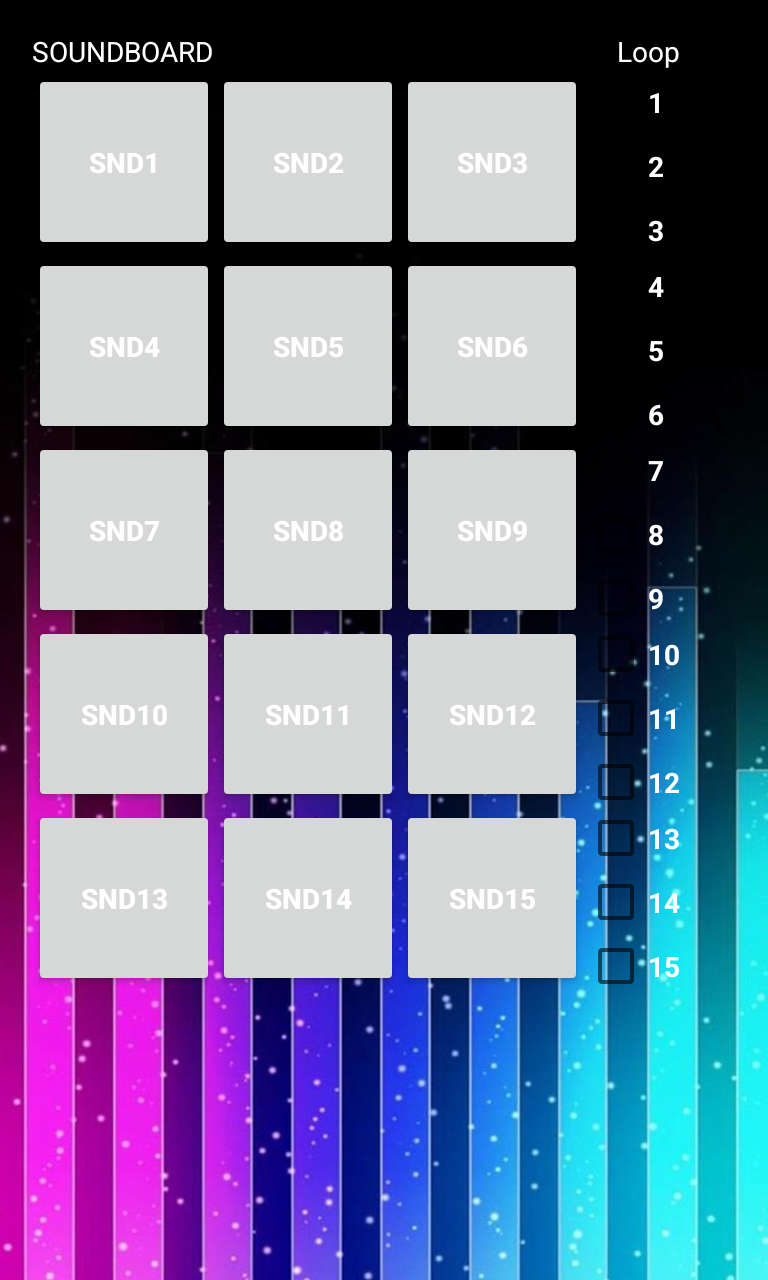
Repository: SoundBoardJAMJ/Project
Layout: workspace/SoundBoard/res/layout/defboard.xml
An editor plug-in stored every save of this project. The layout is shown before and after the next save, followed by the edit.
It is drawn on a 768 x 1280 px phone screen (xhdpi) without system bars, with theme AppTheme; the app's code is not run.

Above is the layout before, as saved 2014-05-02 07:15:53.

### workspace/SoundBoard/res/layout/defboard.xml
<ScrollView xmlns:android="http://schemas.android.com/apk/res/android"
xmlns:tools="http://schemas.android.com/tools"
android:layout_width="match_parent"
android:background="@drawable/image1"
android:layout_height="match_parent" >

<RelativeLayout
    android:layout_width="match_parent"
    android:layout_height="600dp"
    android:paddingBottom="@dimen/activity_vertical_margin"
    android:paddingLeft="@dimen/activity_horizontal_margin"
    android:paddingRight="@dimen/activity_horizontal_margin"
    android:paddingTop="@dimen/activity_vertical_margin"
    tools:context="com.example.soundtest.DefBoard$PlaceholderFragment" >

    <TextView
        android:id="@+id/textView1"
        android:layout_width="wrap_content"
        android:layout_height="wrap_content"
        android:textColor="@android:color/white"
        android:alpha="1.0"
        android:text="SOUNDBOARD" />

    <Button
        android:id="@+id/button1"
        android:layout_width="92dp"
        android:layout_height="92dp"
        android:layout_alignLeft="@+id/textView1"
        android:layout_below="@+id/textView1"
        android:onClick="ButtonOnClick"
        android:textColor="@android:color/white"
        android:alpha="1.0"
        android:textStyle="bold"
        android:text="snd1" />

    <Button
        android:id="@+id/button3"
        android:layout_width="92dp"
        android:layout_height="92dp"
        android:layout_alignBaseline="@+id/button2"
        android:layout_alignBottom="@+id/button2"
        android:layout_toRightOf="@+id/button2"
        android:onClick="ButtonOnClick"
        android:textColor="@android:color/white"
        android:alpha="1.0"
        android:textStyle="bold"
        android:text="snd3" />

    <Button
        android:id="@+id/button2"
        android:layout_width="92dp"
        android:layout_height="92dp"
        android:layout_alignBaseline="@+id/button1"
        android:layout_alignBottom="@+id/button1"
        android:layout_toRightOf="@+id/button1"
        android:onClick="ButtonOnClick"
        android:textColor="@android:color/white"
        android:alpha="1.0"
        android:textStyle="bold"
        android:text="snd2" />

    <Button
        android:id="@+id/button8"
        android:layout_width="92dp"
        android:layout_height="92dp"
        android:layout_alignBaseline="@+id/button7"
        android:layout_alignBottom="@+id/button7"
        android:layout_toRightOf="@+id/button4"
        android:onClick="ButtonOnClick"
        android:textColor="@android:color/white"
        android:alpha="1.0"
        android:textStyle="bold"
        android:text="snd8" />

    <Button
        android:id="@+id/button7"
        android:layout_width="92dp"
        android:layout_height="92dp"
        android:layout_below="@+id/button4"
        android:layout_toLeftOf="@+id/button8"
        android:onClick="ButtonOnClick"
        android:textColor="@android:color/white"
        android:alpha="1.0"
        android:textStyle="bold"
        android:text="snd7" />

    <Button
        android:id="@+id/button6"
        android:layout_width="92dp"
        android:layout_height="92dp"
        android:layout_alignBaseline="@+id/button5"
        android:layout_alignBottom="@+id/button5"
        android:layout_toRightOf="@+id/button5"
        android:onClick="ButtonOnClick"
        android:textColor="@android:color/white"
        android:alpha="1.0"
        android:textStyle="bold"
        android:text="snd6" />

    <Button
        android:id="@+id/button9"
        android:layout_width="92dp"
        android:layout_height="92dp"
        android:layout_alignBaseline="@+id/button8"
        android:layout_alignBottom="@+id/button8"
        android:layout_alignLeft="@+id/button6"
        android:onClick="ButtonOnClick"
        android:textColor="@android:color/white"
        android:alpha="1.0"
        android:textStyle="bold"
        android:text="snd9" />

    <Button
        android:id="@+id/button5"
        android:layout_width="92dp"
        android:layout_height="92dp"
        android:layout_below="@+id/button1"
        android:layout_toRightOf="@+id/button1"
        android:onClick="ButtonOnClick"
        android:textColor="@android:color/white"
        android:alpha="1.0"
        android:textStyle="bold"
        android:text="snd5" />

    <Button
        android:id="@+id/button10"
        android:layout_width="92dp"
        android:layout_height="92dp"
        android:layout_alignParentLeft="true"
        android:layout_below="@+id/button7"
        android:onClick="ButtonOnClick"
        android:textColor="@android:color/white"
        android:alpha="1.0"
        android:textStyle="bold"
        android:text="snd10" />

    <Button
        android:id="@+id/button11"
        android:layout_width="92dp"
        android:layout_height="92dp"
        android:layout_alignBaseline="@+id/button10"
        android:layout_alignBottom="@+id/button10"
        android:layout_toRightOf="@+id/button10"
        android:onClick="ButtonOnClick"
        android:textColor="@android:color/white"
        android:alpha="1.0"
        android:textStyle="bold"
        android:text="snd11" />

    <Button
        android:id="@+id/button13"
        android:layout_width="92dp"
        android:layout_height="92dp"
        android:layout_alignParentLeft="true"
        android:layout_below="@+id/button10"
        android:onClick="ButtonOnClick"
        android:textColor="@android:color/white"
        android:alpha="1.0"
        android:textStyle="bold"
        android:text="snd13" />

    <Button
        android:id="@+id/button14"
        android:layout_width="92dp"
        android:layout_height="92dp"
        android:layout_below="@+id/button10"
        android:layout_toLeftOf="@+id/button12"
        android:alpha="1.0"
        android:onClick="ButtonOnClick"
        android:text="snd14"
        android:textColor="@android:color/white"
        android:textStyle="bold" />

    <Button
        android:id="@+id/button15"
        android:layout_width="92dp"
        android:layout_height="92dp"
        android:layout_below="@+id/button11"
        android:layout_toRightOf="@+id/button14"
        android:alpha="1.0"
        android:onClick="ButtonOnClick"
        android:text="snd15"
        android:textColor="@android:color/white"
        android:textStyle="bold" />

    <Button
        android:id="@+id/button12"
        android:layout_width="92dp"
        android:layout_height="92dp"
        android:layout_below="@+id/button8"
        android:layout_toRightOf="@+id/button11"
        android:onClick="ButtonOnClick"
        android:textColor="@android:color/white"
        android:alpha="1.0"
        android:textStyle="bold"
        android:text="snd12" />

    <Button
        android:id="@+id/button4"
        android:layout_width="92dp"
        android:layout_height="92dp"
        android:layout_alignBaseline="@+id/button5"
        android:layout_alignBottom="@+id/button5"
        android:layout_toLeftOf="@+id/button5"
        android:onClick="ButtonOnClick"
        android:textColor="@android:color/white"
        android:alpha="1.0"
        android:textStyle="bold"
        android:text="snd4" />

    <CheckBox
        android:id="@+id/checkBox1"
        android:layout_width="wrap_content"
        android:layout_height="wrap_content"
        android:layout_alignTop="@+id/button3"
        android:layout_toRightOf="@+id/button3"
        android:alpha="1.0"
        android:onClick="TogOnClick"
        android:text="1"
        android:textColor="@android:color/white"
        android:background="@color/#ff000000"
        android:textStyle="bold" />

    <CheckBox
        android:id="@+id/checkBox2"
        android:layout_width="wrap_content"
        android:layout_height="wrap_content"
        android:layout_below="@+id/checkBox1"
        android:layout_toRightOf="@+id/button3"
        android:onClick="TogOnClick"
        android:textColor="@android:color/white"
        android:alpha="1.0"
        android:textStyle="bold"
        android:text="2" />

    <CheckBox
        android:id="@+id/checkBox3"
        android:layout_width="wrap_content"
        android:layout_height="wrap_content"
        android:layout_alignLeft="@+id/checkBox2"
        android:layout_below="@+id/checkBox2"
        android:onClick="TogOnClick"
        android:textColor="@android:color/white"
        android:alpha="1.0"
        android:textStyle="bold"
        android:text="3" />

    <CheckBox
        android:id="@+id/checkBox4"
        android:layout_width="wrap_content"
        android:layout_height="wrap_content"
        android:layout_alignTop="@+id/button6"
        android:layout_toRightOf="@+id/button6"
        android:onClick="TogOnClick"
        android:textColor="@android:color/white"
        android:alpha="1.0"
        android:textStyle="bold"
        android:text="4" />

    <CheckBox
        android:id="@+id/checkBox5"
        android:layout_width="wrap_content"
        android:layout_height="wrap_content"
        android:layout_below="@+id/checkBox4"
        android:layout_toRightOf="@+id/button6"
        android:onClick="TogOnClick"
        android:textColor="@android:color/white"
        android:alpha="1.0"
        android:textStyle="bold"
        android:text="5" />

    <CheckBox
        android:id="@+id/checkBox6"
        android:layout_width="wrap_content"
        android:layout_height="wrap_content"
        android:layout_below="@+id/checkBox5"
        android:layout_toRightOf="@+id/button6"
        android:onClick="TogOnClick"
        android:textColor="@android:color/white"
        android:alpha="1.0"
        android:textStyle="bold"
        android:text="6" />

    <CheckBox
        android:id="@+id/checkBox7"
        android:layout_width="wrap_content"
        android:layout_height="wrap_content"
        android:layout_alignTop="@+id/button9"
        android:layout_toRightOf="@+id/button9"
        android:onClick="TogOnClick"
        android:textColor="@android:color/white"
        android:alpha="1.0"
        android:textStyle="bold"
        android:text="7" />

    <CheckBox
        android:id="@+id/checkBox8"
        android:layout_width="wrap_content"
        android:layout_height="wrap_content"
        android:layout_below="@+id/checkBox7"
        android:layout_toRightOf="@+id/button9"
        android:onClick="TogOnClick"
        android:textColor="@android:color/white"
        android:alpha="1.0"
        android:textStyle="bold"
        android:text="8" />

    <CheckBox
        android:id="@+id/checkBox9"
        android:layout_width="wrap_content"
        android:layout_height="wrap_content"
        android:layout_below="@+id/checkBox8"
        android:layout_toRightOf="@+id/button9"
        android:onClick="TogOnClick"
        android:textColor="@android:color/white"
        android:alpha="1.0"
        android:textStyle="bold"
        android:text="9" />

    <CheckBox
        android:id="@+id/checkBox10"
        android:layout_width="wrap_content"
        android:layout_height="wrap_content"
        android:layout_alignTop="@+id/button12"
        android:layout_toRightOf="@+id/button12"
        android:onClick="TogOnClick"
        android:textColor="@android:color/white"
        android:alpha="1.0"
        android:textStyle="bold"
        android:text="10" />

    <CheckBox
        android:id="@+id/checkBox11"
        android:layout_width="wrap_content"
        android:layout_height="wrap_content"
        android:layout_below="@+id/checkBox10"
        android:layout_toRightOf="@+id/button12"
        android:onClick="TogOnClick"
        android:textColor="@android:color/white"
        android:alpha="1.0"
        android:textStyle="bold"
        android:text="11" />

    <CheckBox
        android:id="@+id/checkBox12"
        android:layout_width="wrap_content"
        android:layout_height="wrap_content"
        android:layout_alignLeft="@+id/checkBox11"
        android:layout_below="@+id/checkBox11"
        android:onClick="TogOnClick"
        android:textColor="@android:color/white"
        android:alpha="1.0"
        android:textStyle="bold"
        android:text="12" />

    <CheckBox
        android:id="@+id/checkBox13"
        android:layout_width="wrap_content"
        android:layout_height="wrap_content"
        android:layout_alignTop="@+id/button15"
        android:layout_toRightOf="@+id/button15"
        android:onClick="TogOnClick"
        android:textColor="@android:color/white"
        android:alpha="1.0"
        android:textStyle="bold"
        android:text="13" />

    <CheckBox
        android:id="@+id/checkBox14"
        android:layout_width="wrap_content"
        android:layout_height="wrap_content"
        android:layout_below="@+id/checkBox13"
        android:layout_toRightOf="@+id/button15"
        android:onClick="TogOnClick"
        android:textColor="@android:color/white"
        android:alpha="1.0"
        android:textStyle="bold"
        android:text="14" />

    <CheckBox
        android:id="@+id/checkBox15"
        android:layout_width="wrap_content"
        android:layout_height="wrap_content"
        android:layout_below="@+id/checkBox14"
        android:layout_toRightOf="@+id/button15"
        android:onClick="TogOnClick"
        android:textColor="@android:color/white"
        android:alpha="1.0"
        android:textStyle="bold"
        android:text="15" />

    <TextView
        android:id="@+id/textView2"
        android:layout_width="wrap_content"
        android:layout_height="wrap_content"
        android:layout_alignBottom="@+id/textView1"
        android:layout_alignRight="@+id/checkBox10"
        android:textColor="@android:color/white"
        android:alpha="1.0"
        android:text="Loop" />

</RelativeLayout>
</ScrollView>

Loaded but not shown: workspace/SoundBoard/res/values/styles.xml (common file); workspace/SoundBoard/res/values-v11/styles.xml (common file); workspace/SoundBoard/res/values-v14/styles.xml (common file); workspace/SoundBoard/res/values/dimens.xml (common file); workspace/SoundBoard/res/values-w820dp/dimens.xml (common file)

After the next save:
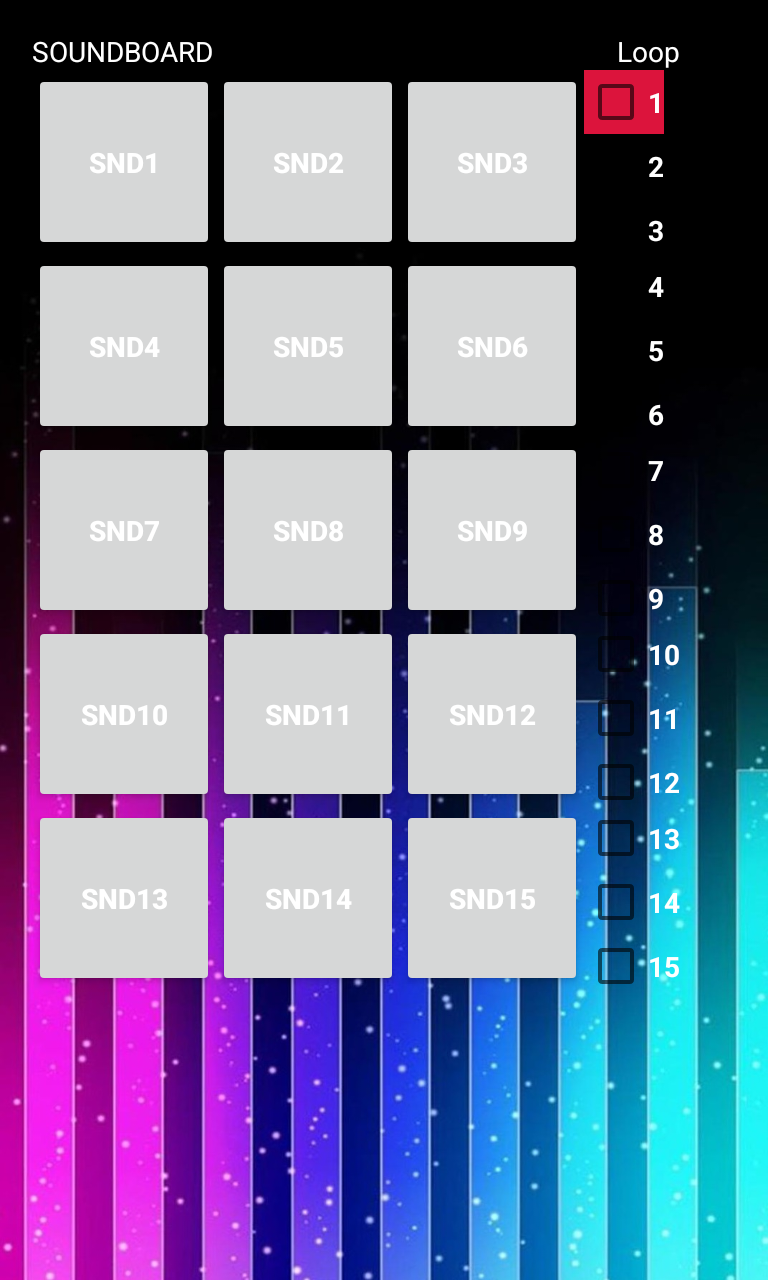
Saved 3 min 6 s later.
--- a/workspace/SoundBoard/res/layout/defboard.xml
+++ b/workspace/SoundBoard/res/layout/defboard.xml
@@ -218,7 +218,7 @@ android:layout_height="match_parent" >
         android:onClick="TogOnClick"
         android:text="1"
         android:textColor="@android:color/white"
-        android:background="@color/#ff000000"
+        android:background="#DC143C"
         android:textStyle="bold" />
 
     <CheckBox
